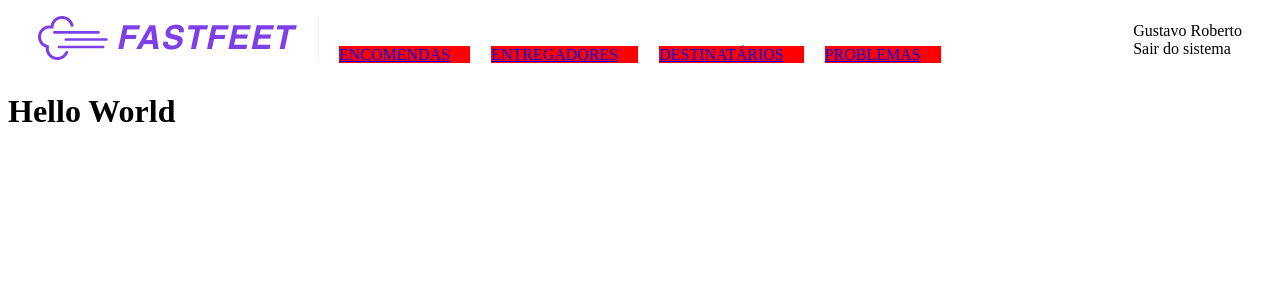
Repository: guuhx97/fastfeet
Page: / (app in frontend/)
The author's editor kept a copy of each file at every save. The page is drawn from the files as they stood at one save, then again after the next save.
The browser window is 1280 px wide. The pictures show the whole page.
The project was rebuilt for these pictures with package versions that can differ from the ones it lists, and the page was loaded fresh each time.

Above is the page before, as saved 2020-06-26 15:08:30.

After the next save:
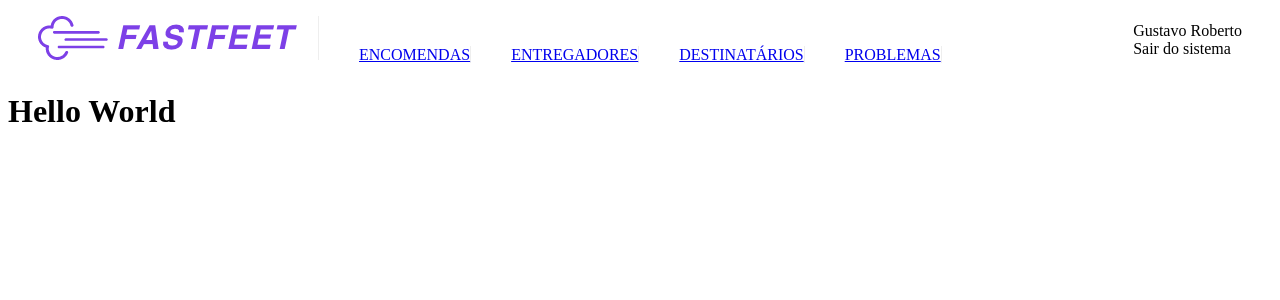
Saved 46 s later.
--- a/frontend/src/components/Header/styles.js
+++ b/frontend/src/components/Header/styles.js
@@ -20,9 +20,7 @@ export const Content = styled.div`
   }
 
   a {
-    background:red;
-    margin-right: 20px;
-    padding-right: 20px;
+    margin: 20px;
     border-right: 1px solid #eee;
   }
 `;
